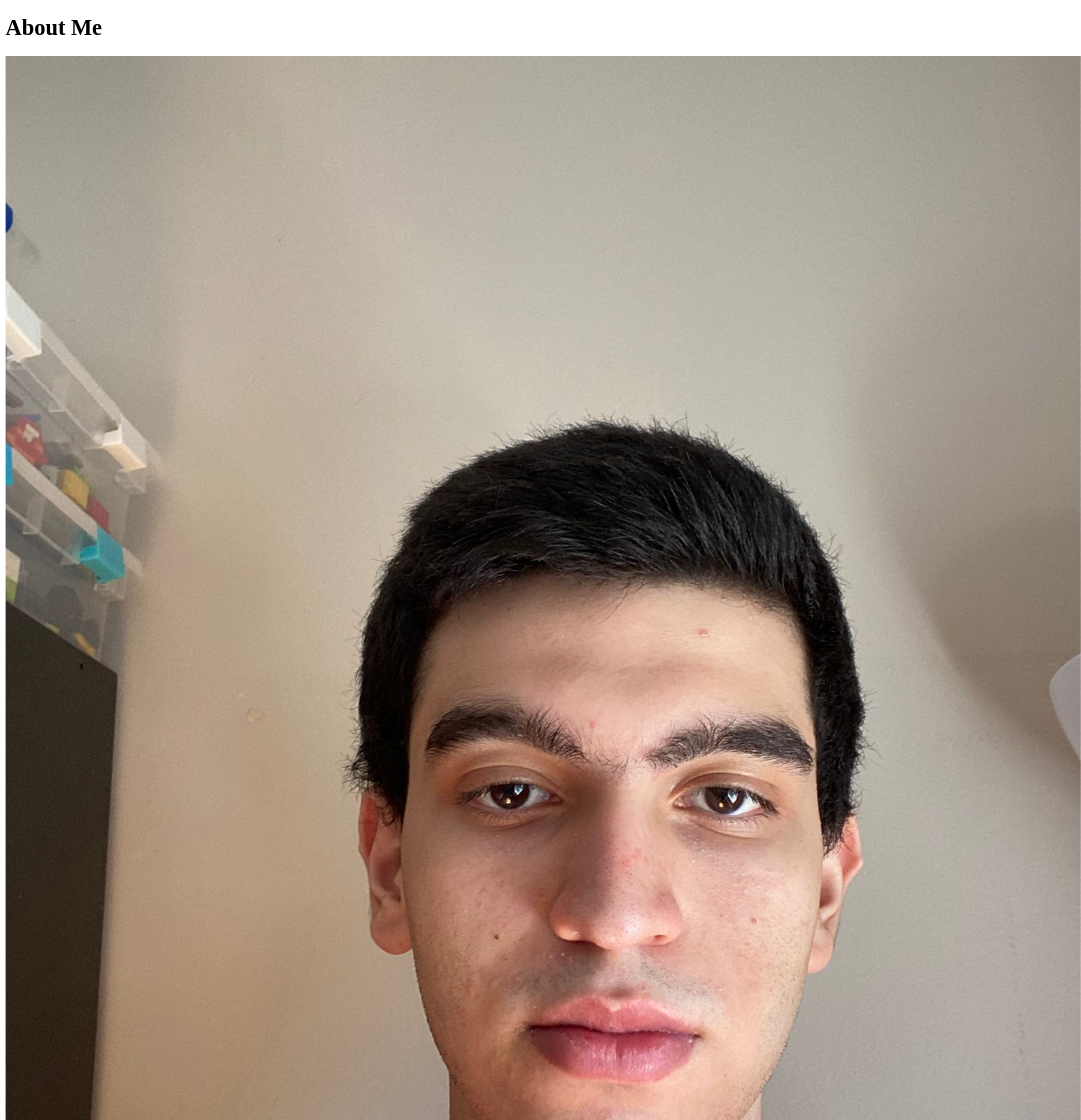
Repository: captainm64/captainm64
Page: index.html
The author's editor kept a copy of each file at every save. The page is drawn from the files as they stood at one save, then again after the next save.
The browser window is 1280 px wide. The page is 1544 px wide, then 1280 px, so the pictures cover 1544 px, including what lies to the right of the window. The pictures show the part of the page from y = 0 to 1600 px (the page is 2959 px tall before and 1295 px after), at 70% of full size.

Above is the page before, as saved 2026-04-22 10:31:41.

### index.html
<!DOCTYPE html>
<html>
    <head>
        <link rel = "stylesheet" href = "../../styles/index.css" />
         <link rel = "stylesheet" href = "./styles/global.css" />
         <title>HomePage</title>
    </head>
<body>
<Header id = "Title">
<h1> About Me </h1>

<div class = "Me">
 <img src="../../assets/images/Marwan.jpg" alt = "Marwan Hobeichi looking at the camera"/>
</div>

<h3> I am Marwan Hobeichi. Fear me.</h3>

<div>
 <img src="../../assets/images/HomePage.png" alt = "Demonstration of an old project"/>
</div>
<h3> Look at this cool project I made</h3>

### styles/global.css
#Me{

   height: 45%;
   width: 4%;
}

Loaded but not shown: styles/index.css (no stored copy; drawn as an empty file)

After the next save:
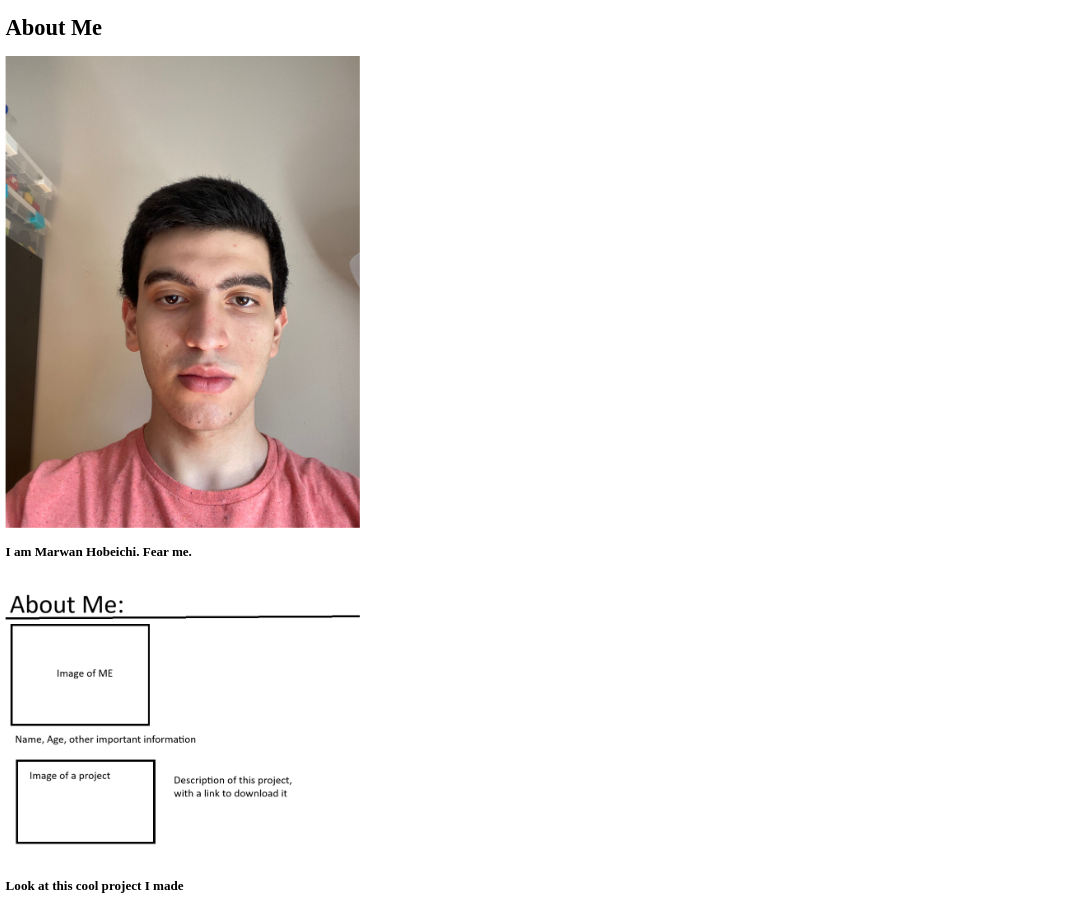
Saved 2 min 37 s later.
--- a/styles/global.css
+++ b/styles/global.css
@@ -1,5 +1,5 @@
-#Me{
+img{
 
-   height: 45%;
-   width: 4%;
+   height: 55%;
+   width: 40%;
 }
